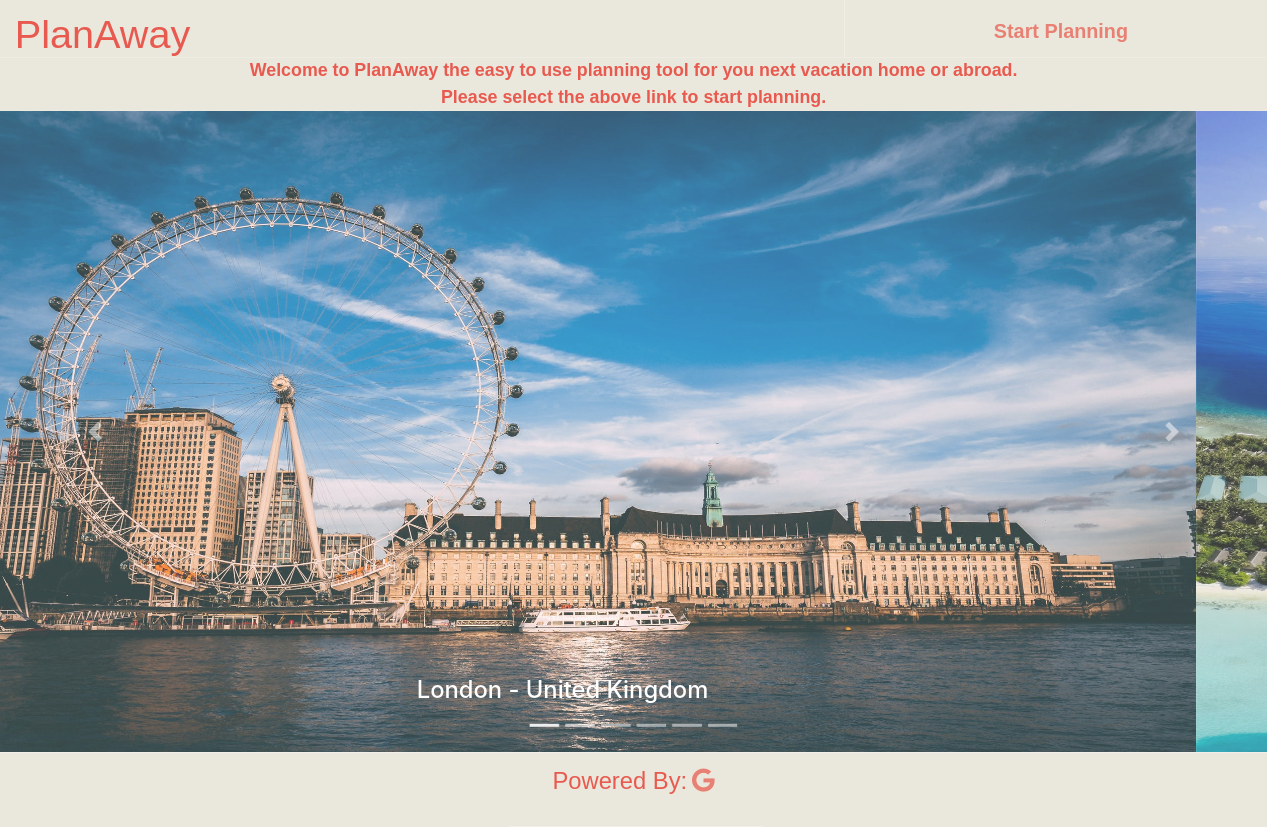
Repository: Brad000/PlanAway-Project
Page: index.html
The author's editor kept a record of every edit. The page is drawn from the files as they stood at one moment, then again after the next edit.
The browser window is 1280 px wide. The pictures show the whole page, at 99% of full size.
Some icons come from a web library that is not loaded, so they are not drawn. Some web fonts or font styles are not loaded; a fallback is used. Some web libraries are served in a nearby version.

Above is the page before.

After the next edit:
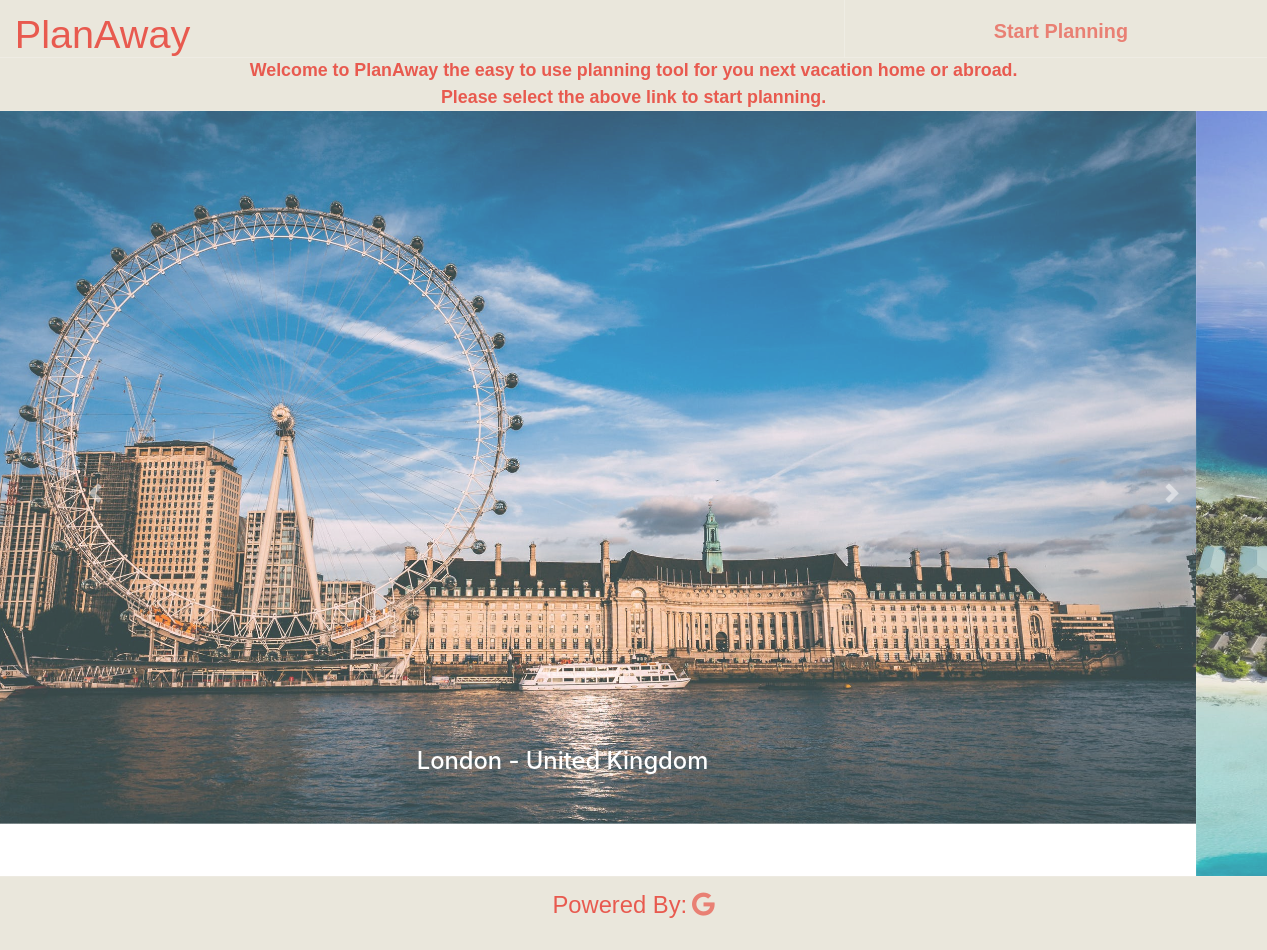
The edit:
--- a/assets/css/style.css
+++ b/assets/css/style.css
@@ -92,12 +92,6 @@
     margin-left: 5px;
 }
 
-img {
-    height: 90vh;
-}
-
-
-
 /*---Media Queries---*/
 
 @media(min-width: 767px){
